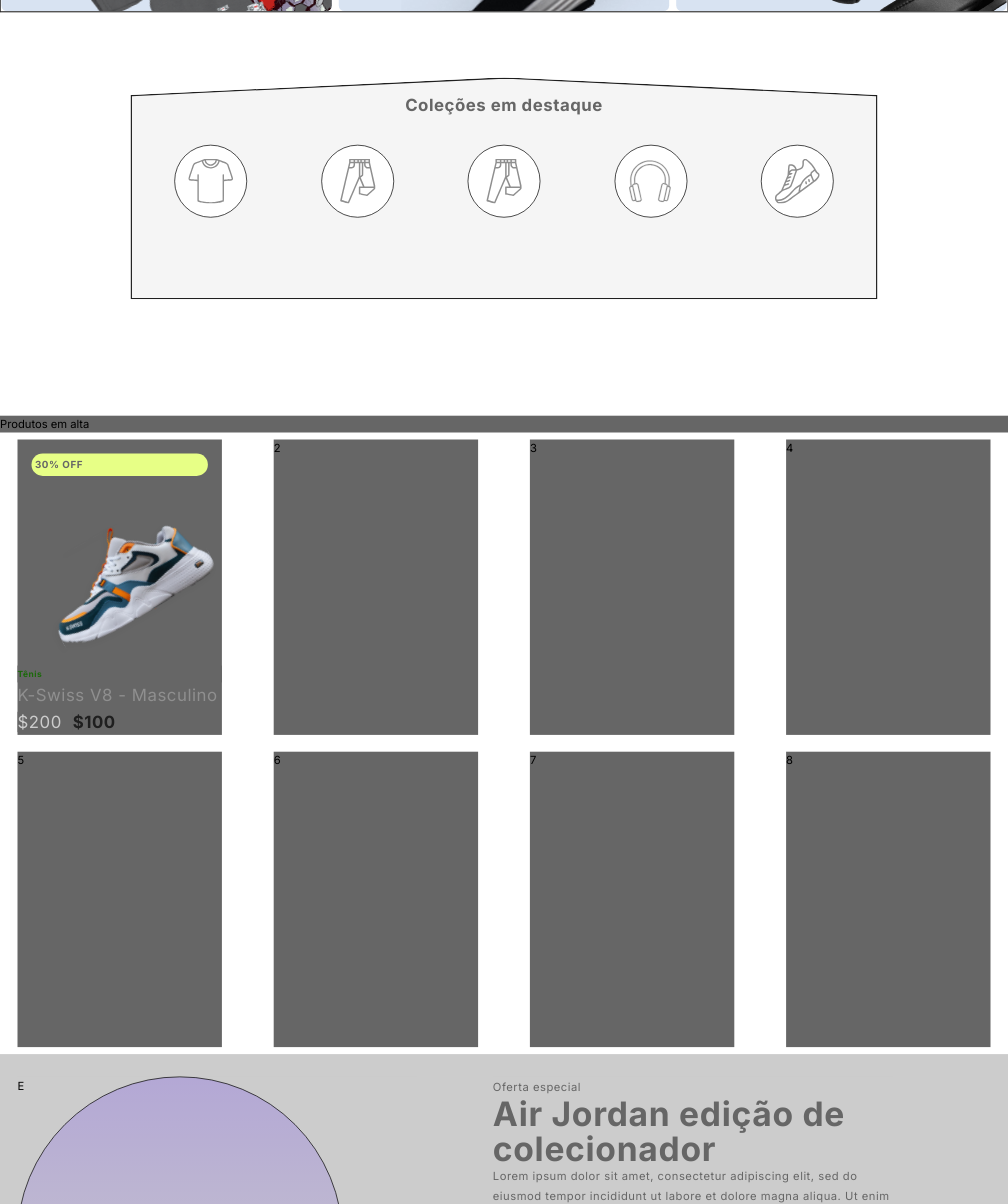
Repository: theophiloweb/landpage_disgital_store
Page: index.html
The author's editor kept a copy of each file at every save. The page is drawn from the files as they stood at one save, then again after the next save.
The browser window is 1280 px wide. The page is 1440 px wide, so the pictures cover 1440 px, including what lies to the right of the window. The pictures show the part of the page from y = 1317 to 3037 px (the page is 3731 px tall), at 70% of full size.

Above is the page before, as saved 2025-04-25 10:48:11.

After the next save:
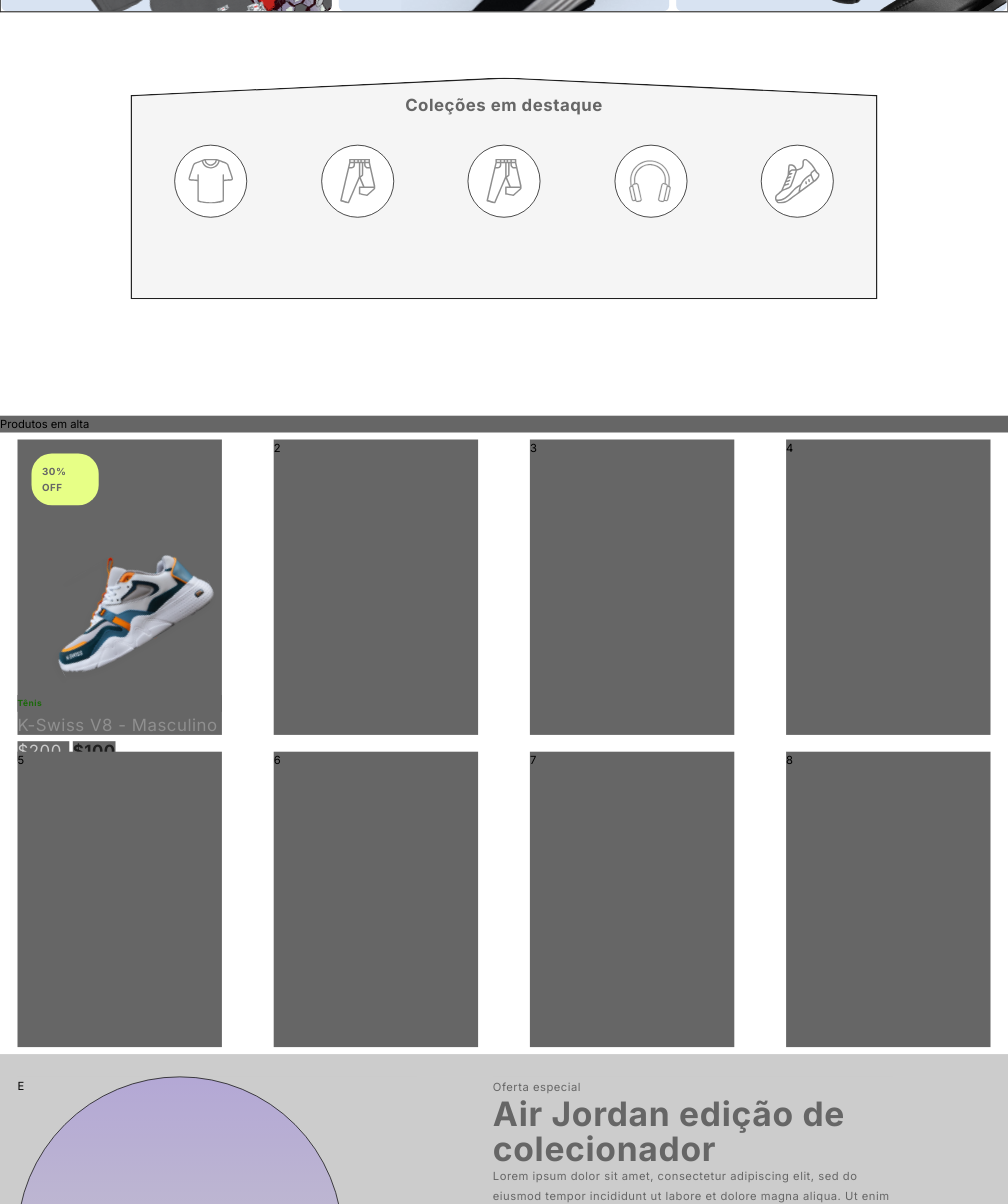
Saved 64 s later.
--- a/style.css
+++ b/style.css
@@ -506,7 +506,8 @@
 }
 
 .boxs_trending_products div:nth-last-of-type(-n+8) p:nth-of-type(1) {
-  padding: 5px;
+  padding: 15px;
+  width: 96px;
 
   border-radius: 29px;
   background: #E7FF86;
